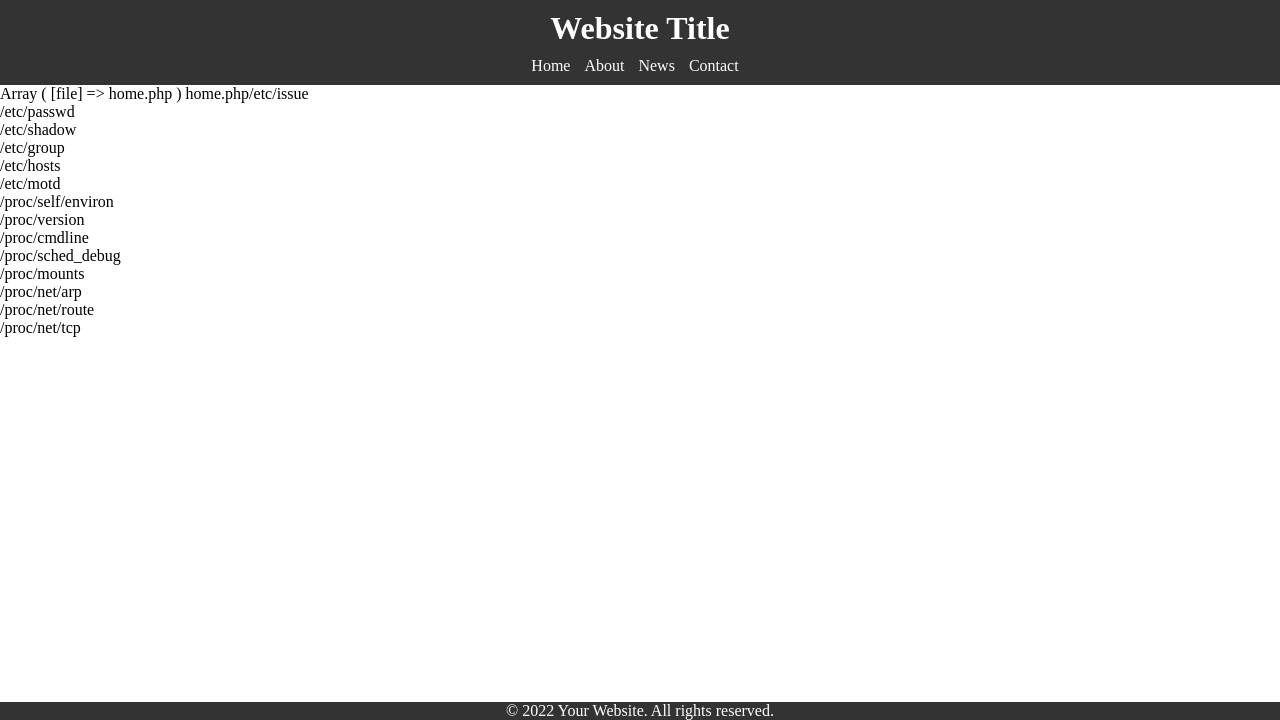
Repository: KHANHD192/Docker_lab
Page: http://localhost/?file=home.php
The author's editor kept a copy of each file at every save. The page is drawn from the files as they stood at one save, then again after the next save.
The browser window is 1280 px wide. The pictures show the whole page.
The page is run by PHP 8.4 with error messages shown; the project is at /var/www/html/.

Above is the page before, as saved 2024-04-08 16:59:02.

### src/index.php
<!DOCTYPE html>
<html lang="en">
<head>
    <meta charset="UTF-8">
    <meta name="viewport" content="width=device-width, initial-scale=1.0">
    <title>Header</title>
    <!-- Định nghĩa CSS cho header -->
    <style>
        *{
            padding:0;
            margin:0;
        }


        header {
            background-color: #333;
            color: #fff;
            padding: 10px;
            text-align: center;
        }

        nav {
            text-align: center;
            margin-top: 10px;
        }

        nav ul {
            list-style-type: none;
            padding: 0;
            margin: 0;
        }

        nav ul li {
            display: inline;
            margin-right: 10px;
        }

        nav ul li a {
            color: #fff;
            text-decoration: none;
        }

        nav ul li a:hover {
            text-decoration: underline;
        }
        footer {
            background-color: #333;
            color: #fff;
            text-align: center;
            position: fixed;
            bottom: 0;
            width: 100%;
        }
    </style>
</head>
<body>
<header>
        <h1>Website Title</h1>
        <nav>
            <ul>
                <li><a href="?file=home.php">Home</a></li>
                <li><a href="?file=about.php">About</a></li>
                <li><a href="?file=news.php">News</a></li>
                <li><a href="?file=contact.php">Contact</a></li>
            </ul>
        </nav>
    </header>
    <content>
        <?php
        // check empty
        print_r(($_GET));
        if(!empty($_GET["file"])){
            $black_list= array(
                "/etc/issue",
                "/etc/passwd",
                "/etc/shadow",
                "/etc/group",
                "/etc/hosts",
                "/etc/motd",
                "/proc/self/environ",
                "/proc/version",
                "/proc/cmdline",
                "/proc/sched_debug",
                "/proc/mounts",
                "/proc/net/arp",
                "/proc/net/route",
                "/proc/net/tcp"
            );
        $path =str_replace("../","",$_GET['file']);
        echo $path;
        foreach($black_list as $item){
            echo $item."</br>";
        }


        }else{
            include('include/home.php');
        }

        ?>
    </content>
    <footer>
     <p>&copy; 2022 Your Website. All rights reserved.</p>
    </footer>
</body>
</html>

After the next save:
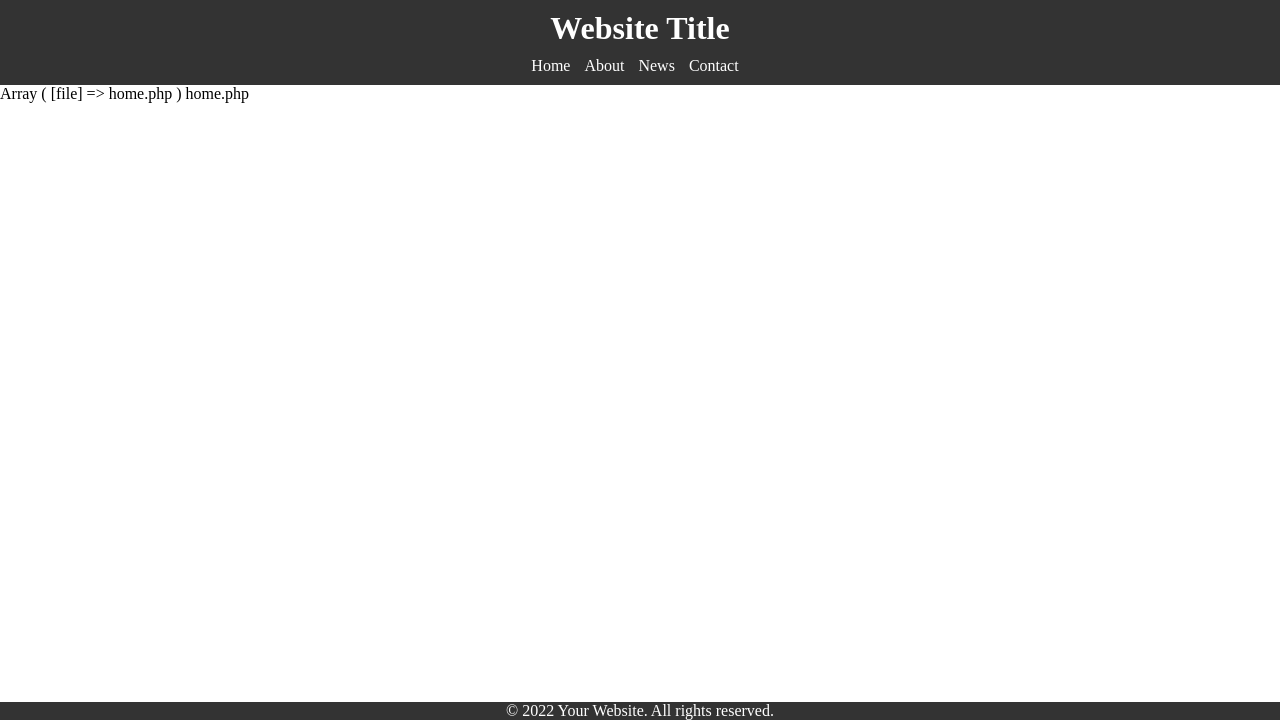
Saved 110 s later.
--- a/src/index.php
+++ b/src/index.php
@@ -89,7 +89,9 @@
         $path =str_replace("../","",$_GET['file']);
         echo $path;
         foreach($black_list as $item){
-            echo $item."</br>";
+             if(stripos($path,$item) != FALSE){
+
+             }
         }
 
 
